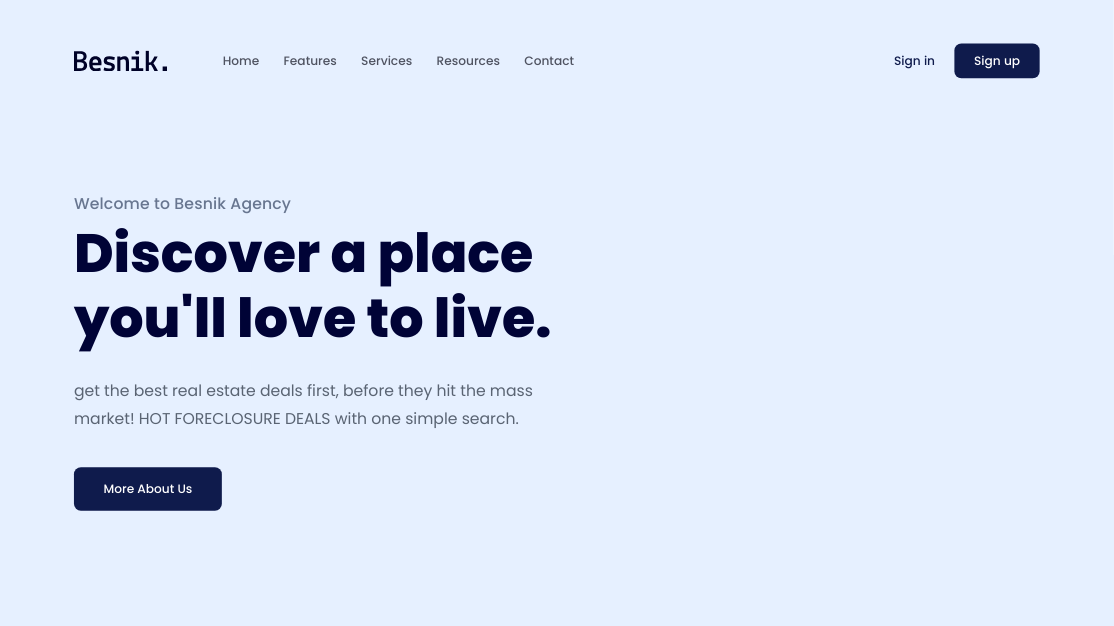
Repository: trungnguyen131/froject-01
Page: index.html
These files come from the project's save history. The page is drawn as it stood at one moment and after a run of saves; the edit follows.
The browser window is 1280 px wide. The pictures show the whole page, at 87% of full size.

Above is the page before, as saved 2024-02-25 23:50:32.

### index.html
<!DOCTYPE html>
<html lang="en">
<head>
    <meta charset="UTF-8">
    <meta name="viewport" content="width=device-width, initial-scale=1.0">
    <title>Project 01</title>
    <link rel="stylesheet" href="./assets/css/reset.css">
    <link rel="stylesheet" href="./assets/fonts/stylesheet.css">
    <link rel="stylesheet" href="./assets/css/style.css">
</head>
<body>
    <main>
        <!-- Header -->
        <header class="header">
            <div class="content">
                <nav class="navbar">
                    <!-- Logo -->
                    <img src="./assets/img/logo.svg" alt="Besnik.">
                    <!-- Navigation -->
                    <ul>
                        <li><a href="#!">Home</a></li>
                        <li><a href="#!">Features</a></li>
                        <li><a href="#!">Services</a></li>
                        <li><a href="#!">Resources</a></li>
                        <li><a href="#!">Contact</a></li>
                    </ul>
                    <!-- Action -->
                    <div class="actions">
                        <a href="#!" class="action-link">Sign in</a>
                        <a href="#!" class="btn action-btn">Sign up</a>
                    </div>
                </nav>
                <div class="hero">
                    <div class="info">
                        <p class="sub-title">Welcome to Besnik Agency</p>
                        <h1 class="title">Discover a place
                            you'll love to live.</h1>
                        <p class="desc">get the best real estate deals first,
                            before they hit the mass market! HOT FORECLOSURE DEALS with one simple search.</p>
                        <a href="#!" class="btn hero-cta">More About Us</a>
                    </div>
                </div>
            </div>
        </header>
    </main>
</body>
</html>

### assets/fonts/stylesheet.css
/* ========================= Poppins =========================  */
@font-face {
    font-family: 'Poppins';
    src: url('Poppins/Poppins-SemiBold.woff2') format('woff2'),
        url('Poppins/Poppins-SemiBold.woff') format('woff');
    font-weight: 600;
    font-style: normal;
    font-display: swap;
}

@font-face {
    font-family: 'Poppins';
    src: url('Poppins/Poppins-Regular.woff2') format('woff2'),
        url('Poppins/Poppins-Regular.woff') format('woff');
    font-weight: normal;
    font-style: normal;
    font-display: swap;
}

@font-face {
    font-family: 'Poppins';
    src: url('Poppins/Poppins-MediumItalic.woff2') format('woff2'),
        url('Poppins/Poppins-MediumItalic.woff') format('woff');
    font-weight: 500;
    font-style: italic;
    font-display: swap;
}

@font-face {
    font-family: 'Poppins';
    src: url('Poppins/Poppins-Thin.woff2') format('woff2'),
        url('Poppins/Poppins-Thin.woff') format('woff');
    font-weight: 100;
    font-style: normal;
    font-display: swap;
}

@font-face {
    font-family: 'Poppins';
    src: url('Poppins/Poppins-ThinItalic.woff2') format('woff2'),
        url('Poppins/Poppins-ThinItalic.woff') format('woff');
    font-weight: 100;
    font-style: italic;
    font-display: swap;
}

@font-face {
    font-family: 'Poppins';
    src: url('Poppins/Poppins-Black.woff2') format('woff2'),
        url('Poppins/Poppins-Black.woff') format('woff');
    font-weight: 900;
    font-style: normal;
    font-display: swap;
}

@font-face {
    font-family: 'Poppins';
    src: url('Poppins/Poppins-Bold.woff2') format('woff2'),
        url('Poppins/Poppins-Bold.woff') format('woff');
    font-weight: bold;
    font-style: normal;
    font-display: swap;
}

@font-face {
    font-family: 'Poppins';
    src: url('Poppins/Poppins-SemiBoldItalic.woff2') format('woff2'),
        url('Poppins/Poppins-SemiBoldItalic.woff') format('woff');
    font-weight: 600;
    font-style: italic;
    font-display: swap;
}

@font-face {
    font-family: 'Poppins';
    src: url('Poppins/Poppins-BlackItalic.woff2') format('woff2'),
        url('Poppins/Poppins-BlackItalic.woff') format('woff');
    font-weight: 900;
    font-style: italic;
    font-display: swap;
}

@font-face {
    font-family: 'Poppins';
    src: url('Poppins/Poppins-ExtraBoldItalic.woff2') format('woff2'),
        url('Poppins/Poppins-ExtraBoldItalic.woff') format('woff');
    font-weight: bold;
    font-style: italic;
    font-display: swap;
}

@font-face {
    font-family: 'Poppins';
    src: url('Poppins/Poppins-ExtraBold.woff2') format('woff2'),
        url('Poppins/Poppins-ExtraBold.woff') format('woff');
    font-weight: bold;
    font-style: normal;
    font-display: swap;
}

@font-face {
    font-family: 'Poppins';
    src: url('Poppins/Poppins-ExtraLightItalic.woff2') format('woff2'),
        url('Poppins/Poppins-ExtraLightItalic.woff') format('woff');
    font-weight: 200;
    font-style: italic;
    font-display: swap;
}

@font-face {
    font-family: 'Poppins';
    src: url('Poppins/Poppins-ExtraLight.woff2') format('woff2'),
        url('Poppins/Poppins-ExtraLight.woff') format('woff');
    font-weight: 200;
    font-style: normal;
    font-display: swap;
}

@font-face {
    font-family: 'Poppins';
    src: url('Poppins/Poppins-BoldItalic.woff2') format('woff2'),
        url('Poppins/Poppins-BoldItalic.woff') format('woff');
    font-weight: bold;
    font-style: italic;
    font-display: swap;
}

@font-face {
    font-family: 'Poppins';
    src: url('Poppins/Poppins-Italic.woff2') format('woff2'),
        url('Poppins/Poppins-Italic.woff') format('woff');
    font-weight: normal;
    font-style: italic;
    font-display: swap;
}

@font-face {
    font-family: 'Poppins';
    src: url('Poppins/Poppins-Medium.woff2') format('woff2'),
        url('Poppins/Poppins-Medium.woff') format('woff');
    font-weight: 500;
    font-style: normal;
    font-display: swap;
}

@font-face {
    font-family: 'Poppins';
    src: url('Poppins/Poppins-LightItalic.woff2') format('woff2'),
        url('Poppins/Poppins-LightItalic.woff') format('woff');
    font-weight: 300;
    font-style: italic;
    font-display: swap;
}

@font-face {
    font-family: 'Poppins';
    src: url('Poppins/Poppins-Light.woff2') format('woff2'),
        url('Poppins/Poppins-Light.woff') format('woff');
    font-weight: 300;
    font-style: normal;
    font-display: swap;
}

### assets/css/style.css
* {
    box-sizing: border-box;
}

:root {
    --primary-color: #0f1b4c;
}

html {
    font-size: 62.5%;;
}

body {
    font-size: 1.6rem;
    font-family: 'Poppins', sans-serif;
}

/* Common */
a {
    text-decoration: none;
}
.content {
    width: 1110px;
    max-width: calc(100% - 48px);
    margin-left: auto;
    margin-right:auto;
}
.btn {
    min-width: 98px;
    background-color: var(--primary-color);
    border-radius: 8px;
    color: #FFF;
    text-align: center;
    font-size: 1.4rem;
    font-weight: 500;
    display: inline-block;
    padding: 18px 16px;
}
/* Header */
.header {
    height: 100vh;
    background: #E6F0FF;
}

.navbar {
    display: flex;
    align-items: center;
    padding-top: 50px;
}

.navbar ul {
    display: flex;
    margin-left: 50px;
}

.navbar .actions {
    margin-left: auto;
}

.navbar ul a {
    font-size: 1.4rem;
    font-weight: 500;
    color: #4F5361;
    padding: 8px 14px;
}

.navbar .action-link {
    font-size: 1.4rem;
    font-weight: 500;
    color: var(--primary-color);
}

.navbar .action-btn {
    padding: 13px 16px;
    margin-left: 18px;
}

.hero {
    margin-top: 130px;
}

.hero .info {
    width: 51%;
}

.hero .sub-title {
    font-weight: 500;
    font-size: 1.8rem;
    line-height: 1.5;
    letter-spacing: 0.01em;
    color: #687690;
}

.hero .title {
    margin-top: 8px;
    font-weight: 700;
    font-size: 6.2rem;
    line-height: 1.19; /* 118.75% */
    color: #000336;
}

.hero .desc {
    margin-top: 30px;
    color: #5A6473;
    font-size: 1.8rem;
    font-weight: 400;
    line-height: 1.78;
}

.hero-cta {
    margin-top: 40px;
    min-width: 170px;
}

Loaded but not shown: assets/css/reset.css (common file)

After the next 5 saves:
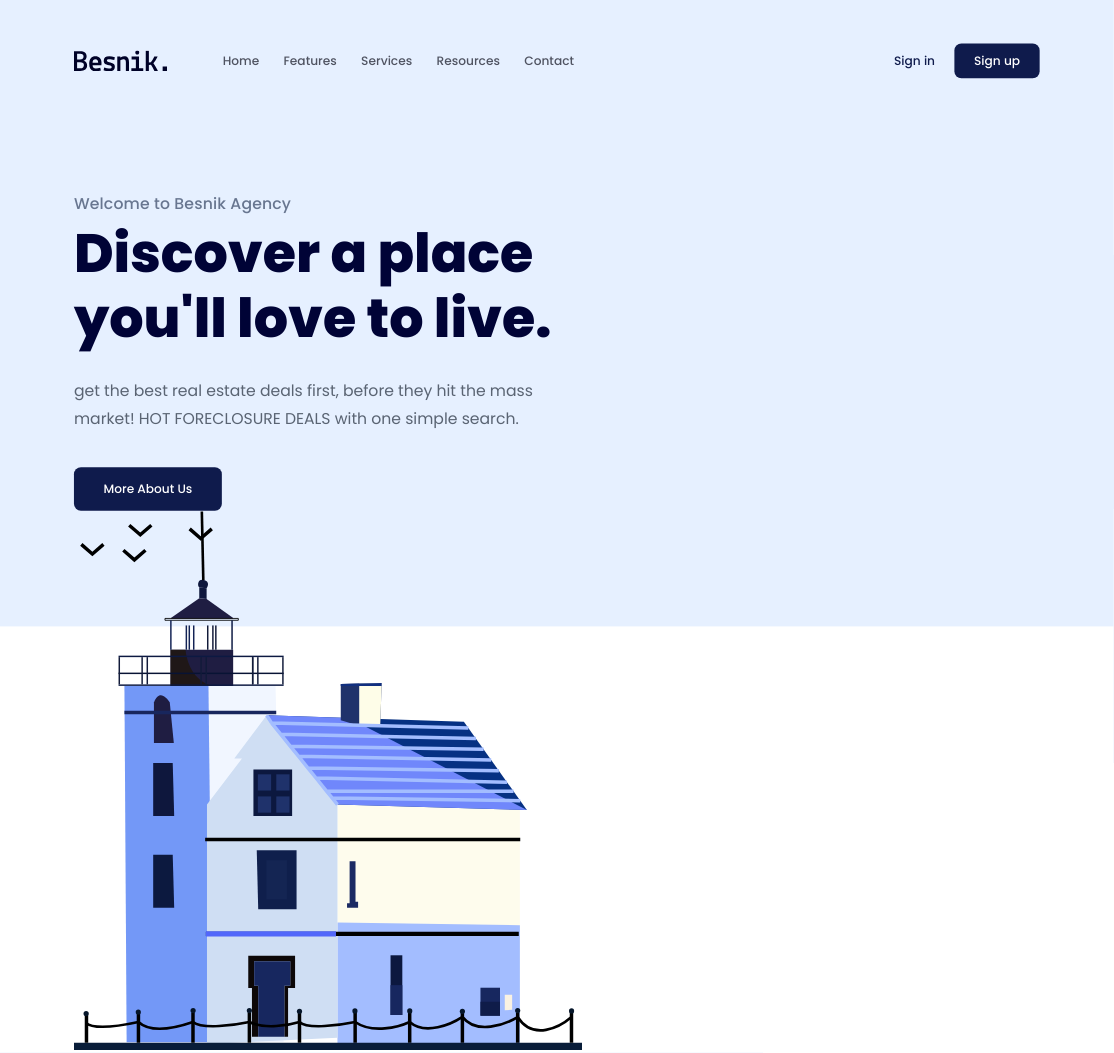
The 5 saves are shown as one change because they came seconds apart.
The last was saved 7 min 23 s later.
--- a/index.html
+++ b/index.html
@@ -39,6 +39,7 @@
                             before they hit the mass market! HOT FORECLOSURE DEALS with one simple search.</p>
                         <a href="#!" class="btn hero-cta">More About Us</a>
                     </div>
+                    <img src="./assets/img/hero-img.svg" alt="">
                 </div>
             </div>
         </header>
